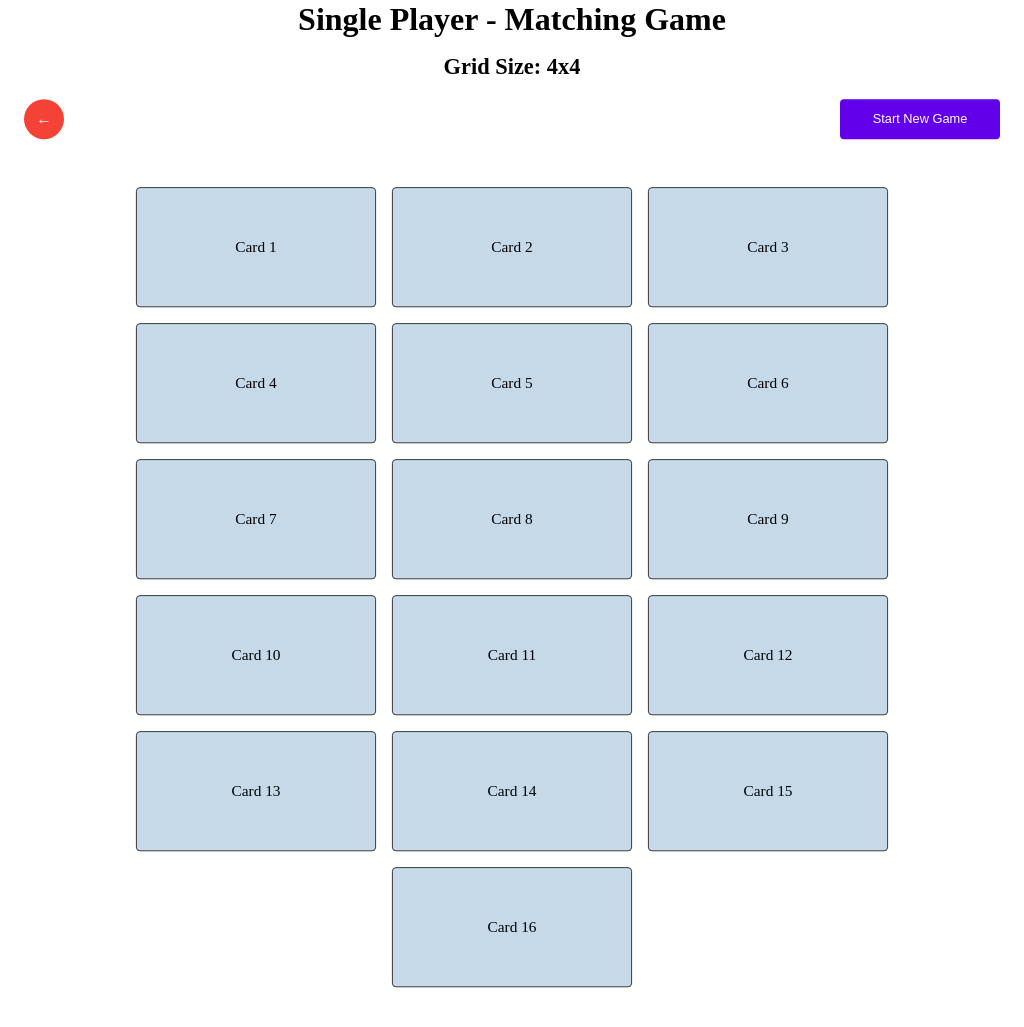
Repository: parnelltse/frontend2-courseproject
Page: /resumegame
These files come from the project's save history. The page is drawn as it stood at one moment and after the next save; the edit follows.
The browser window is 1280 px wide. The pictures show the whole page, at 80% of full size.
The project was rebuilt for these pictures with package versions that can differ from the ones it lists, and the page was loaded fresh each time. Also part of the build but not shown: vite.config.js, src/pages/landing.jsx, src/pages/home.jsx, src/pages/gameoptions.jsx, src/pages/appsettings.jsx, src/pages/profilesettings.jsx, src/pages/gamehistory.jsx, src/pages/singleplayer.jsx and 3 more.

Above is the page before, as saved 2024-11-16 02:07:52.

After the next save:
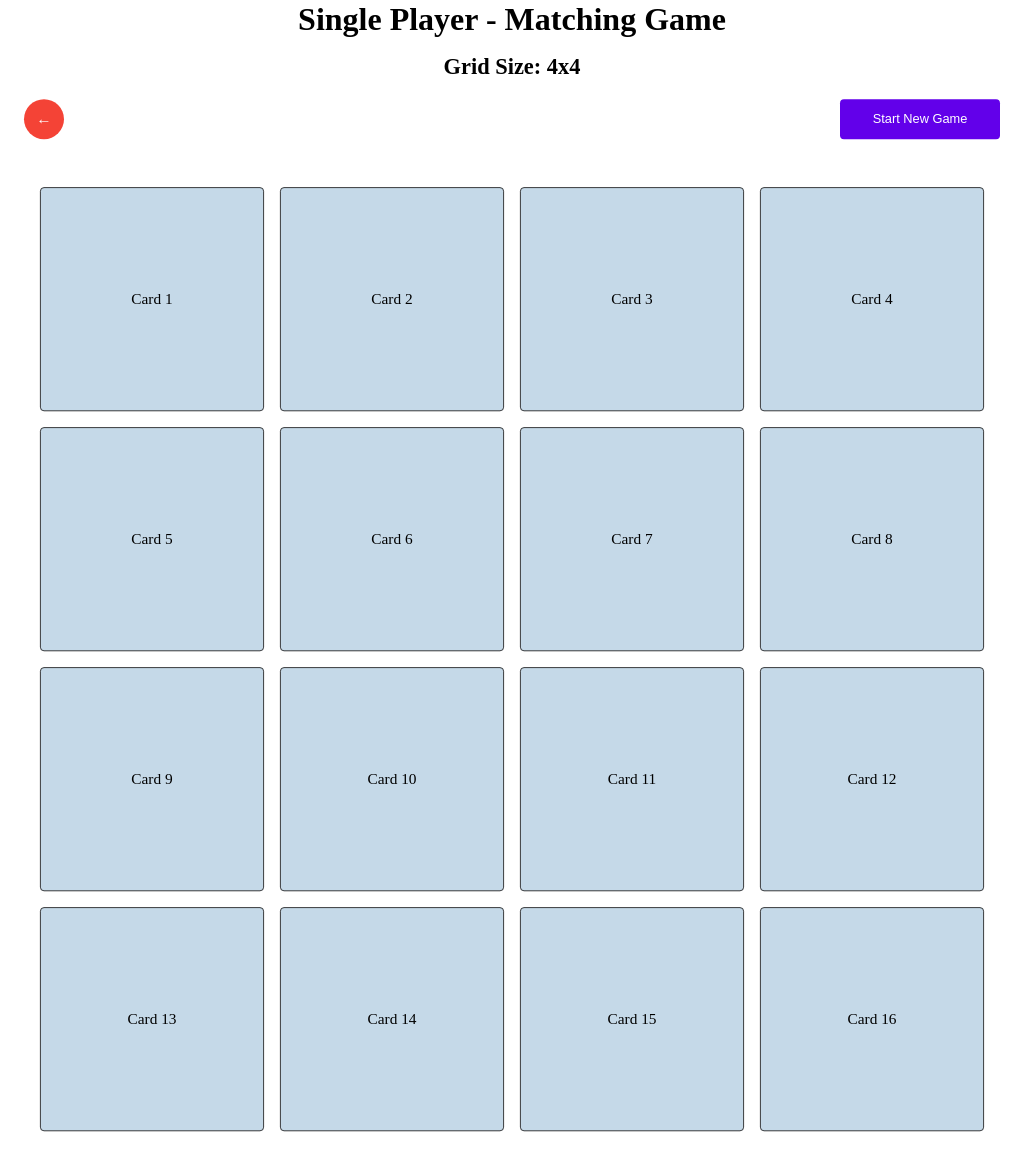
Saved 2 min 2 s later.
--- a/src/App.css
+++ b/src/App.css
@@ -232,25 +232,23 @@ img {
 }
 
 .game-grid {
-	display: flex;
-	flex-direction: row;
-	flex-wrap: wrap;
-	justify-content: center;
-	gap: 20px;
+	display: grid;
+	justify-content: center; /* Center the grid */
+	gap: 20px; /* Space between cards */
 	padding: 50px;
-}
-
-.game-item {
+	grid-template-columns: repeat(auto-fit, minmax(100px, 1fr)); /* Auto-adjust columns */
+  }
+
+  .game-item {
 	background-color: #c5d9e8; /* Background color for game items */
 	border: 1px solid #100f0f; /* Border for each game item */
 	border-radius: 5px; /* Rounded corners */
 	display: flex; /* Center content */
 	align-items: center; /* Center content vertically */
 	justify-content: center; /* Center content horizontally */
-	height: 150px; /* Fixed height for game items */
-	width: 300px;
 	font-size: 1.2em; /* Font size for game item text */
-}
+	aspect-ratio: 1 / 1; /* Ensures the item is a square */
+  }
 
 /* history page */
 
